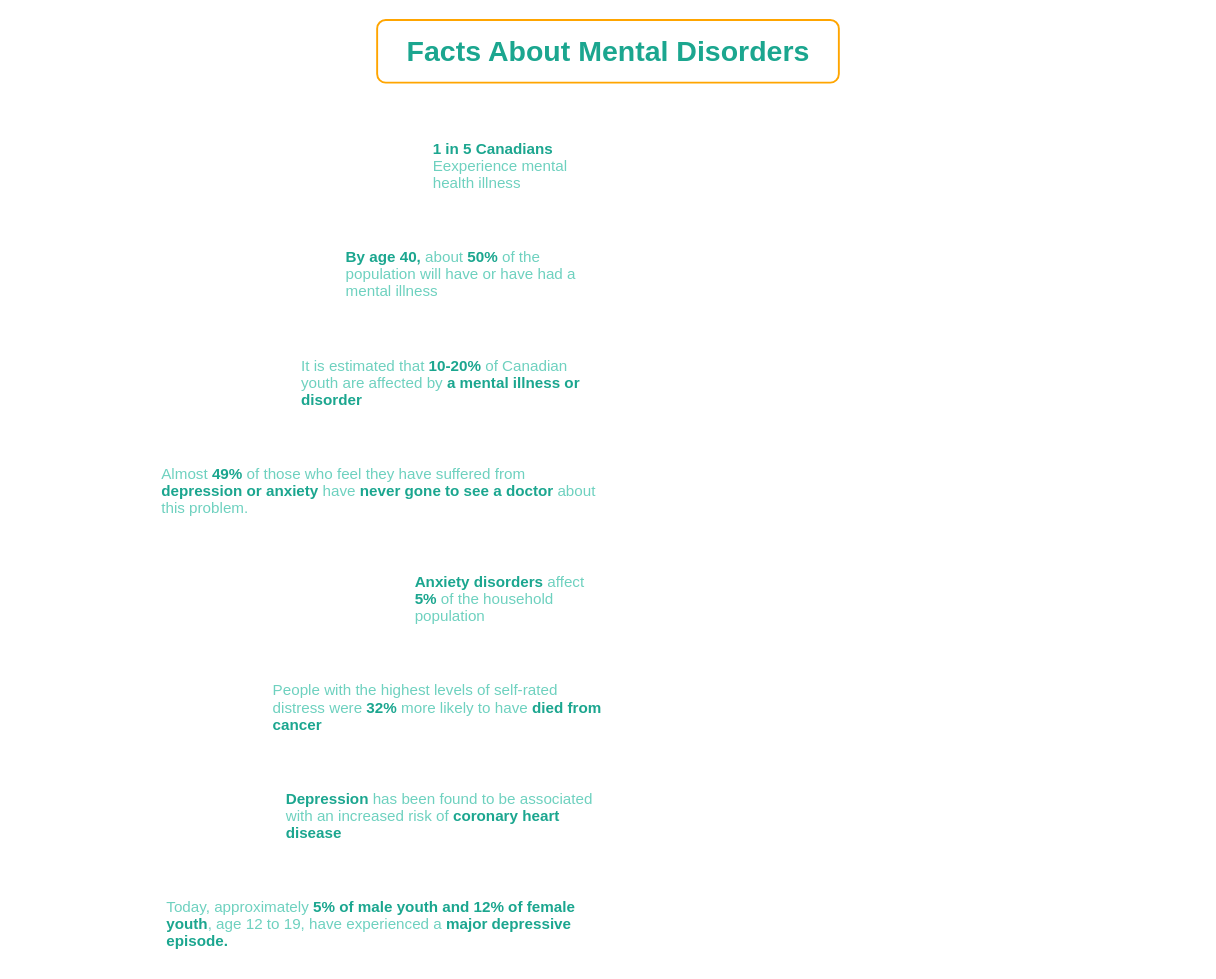
Repository: zzs1/2109-Dynamic-Content-Project
Page: joyce_code/index.html
These files come from the project's save history. The page is drawn as it stood at one moment and after the next save; the edit follows.
The browser window is 1280 px wide. The pictures show the whole page, at 95% of full size.
Some web fonts or font styles are not loaded; a fallback is used.

Above is the page before, as saved 2021-03-08 20:54:33.
Console error: TypeError: Cannot read properties of null (reading 'innerHTML')

After the next save:
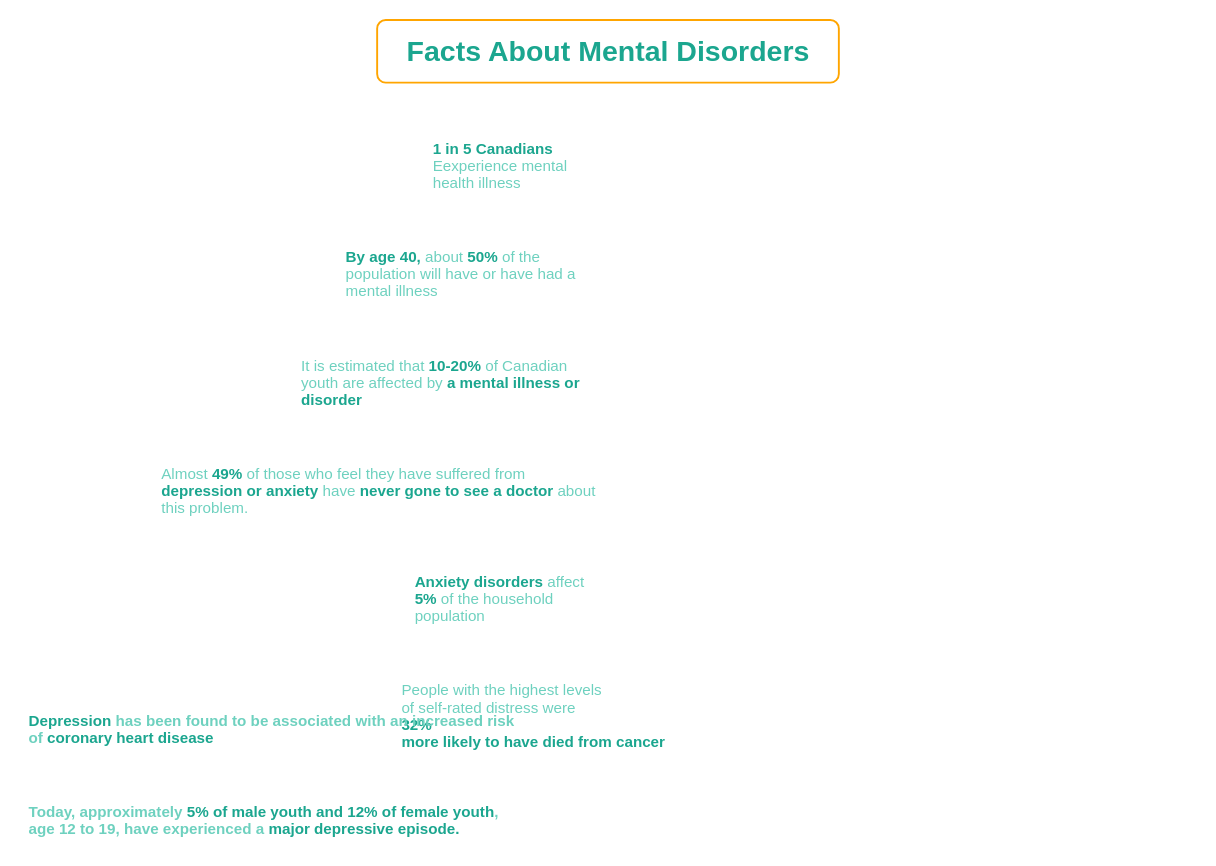
Saved 14 s later.
--- a/joyce_code/index.html
+++ b/joyce_code/index.html
@@ -39,7 +39,7 @@
 
         <div class="boxes" id="box6">
           <div class="pic"></div>
-          <div class="text">People with the highest levels of self-rated distress were <div class="highlight">32%</div> more likely to have <div class="highlight">died from cancer</div></div>
+          <div class="text">People with the highest levels of self-rated distress were <strong class="highlight">32%</div> more likely to have <div class="highlight">died from cancer</div></div>
         </div>
 
         <div class="boxes" id="box7">

After the 2 saves that followed:
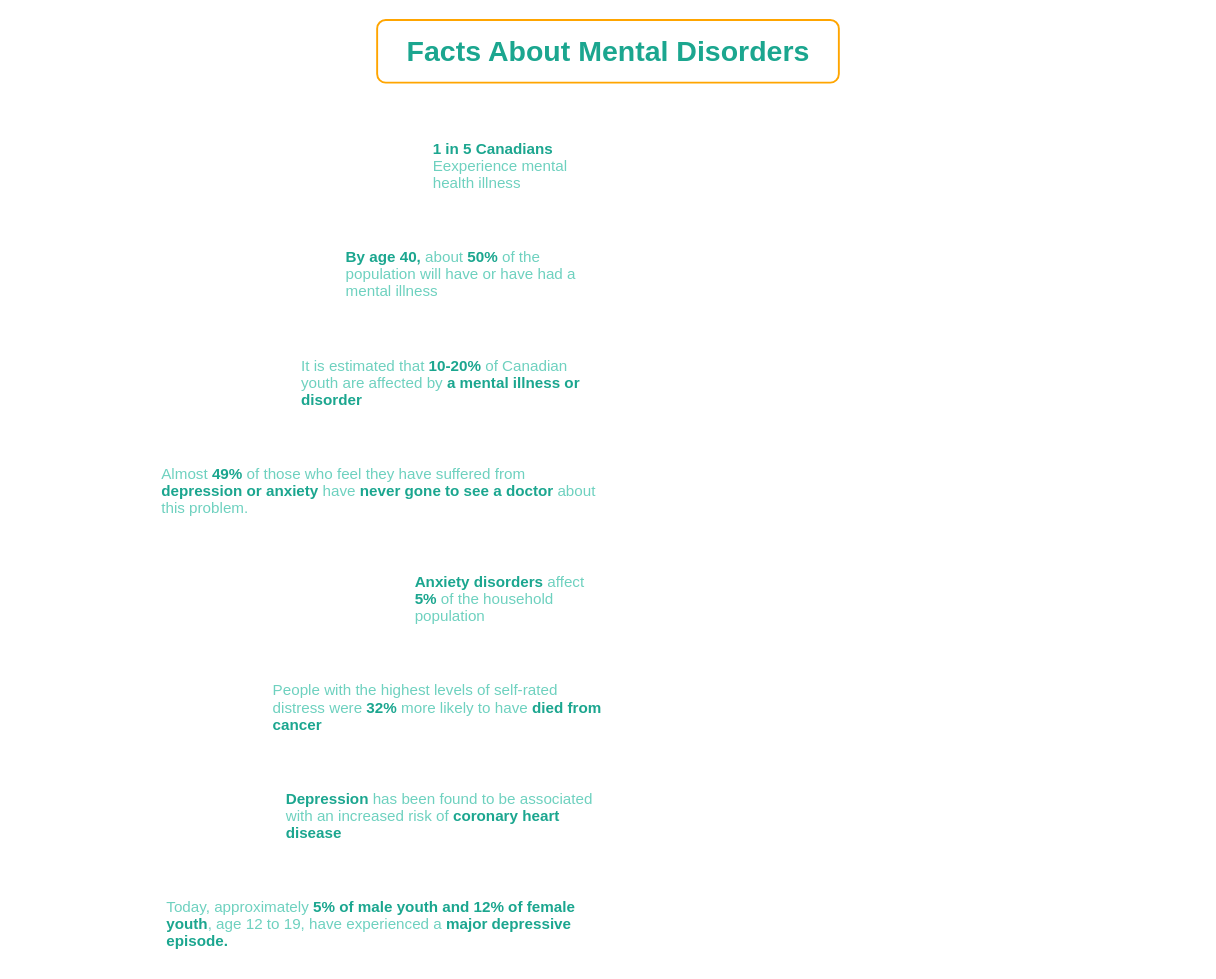
The 2 saves are shown as one change because 1 left the picture as it was.
The last was saved 13 s later.
--- a/joyce_code/index.html
+++ b/joyce_code/index.html
@@ -39,7 +39,7 @@
 
         <div class="boxes" id="box6">
           <div class="pic"></div>
-          <div class="text">People with the highest levels of self-rated distress were <strong class="highlight">32%</div> more likely to have <div class="highlight">died from cancer</div></div>
+          <div class="text">People with the highest levels of self-rated distress were <strong class="keyword">32%</strong> more likely to have <div class="highlight">died from cancer</div></div>
         </div>
 
         <div class="boxes" id="box7">
